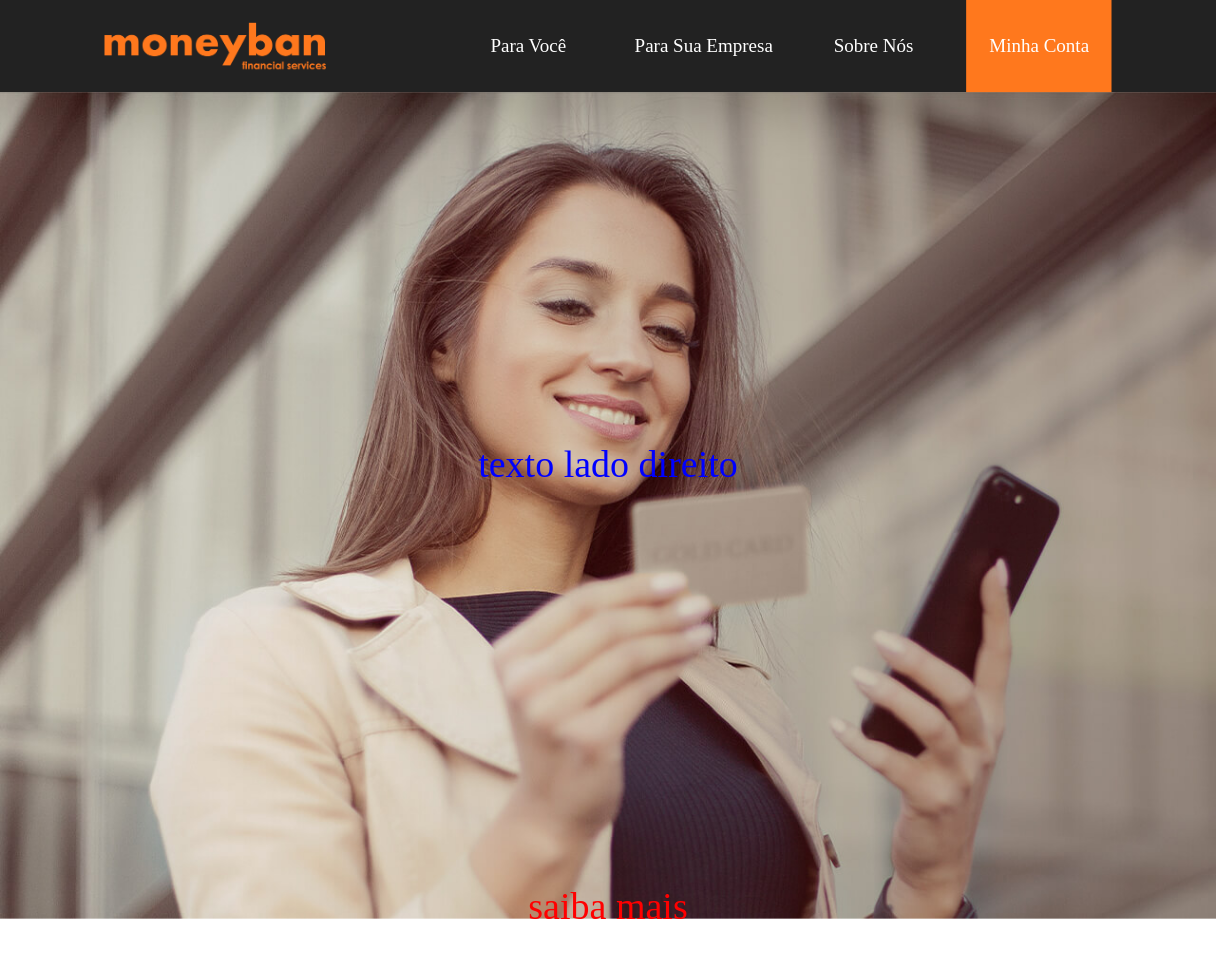
Repository: IvanCardoso91/moneyban
Page: index.html
An editor plug-in stored every save of this project. The page is shown before and after the next save, followed by the edit.
The browser window is 1280 px wide. The pictures show the whole page, at 95% of full size.
Some icons come from a web library that is not loaded, so they are not drawn. Some web fonts or font styles are not loaded; a fallback is used.

Above is the page before, as saved 2020-12-15 10:58:37.

### index.html
<!DOCTYPE html>
<html lang="en">

<head>
    <meta charset="UTF-8">
    <meta name="viewport" content="width=device-width, initial-scale=1.0">
    <link rel="stylesheet" href="./style/main-style.css" type="text/css">
    <link href="/Repositorios/site-moneyban/assets/fontawesome-free/css/all.css" rel="stylesheet">
    <title>Moneyban</title>
    <div class="menu-box">
        <div class="site-title">
            <img src="./assets/img/moneyban 3.png" alt="moneyban" width="233" height="49" />
        </div>
        <div class="menu-options">
            <div style="height: 100%; display: flex;align-items: center;">
                <button onclick="myFunction('personal')" class="menu-options-btn menu-options-text">Para Você <i class="fas fa-chevron-down"></i></button>
                <div style="position: absolute; margin-top: 335px;">
                    <div id="myDropdown" class="dropdown-content">
                        <a>Detran Parcelado</a>
                        <a>Credito Pessoal <span>(em breve)</span></a>
                        <a>Conta Digital <span>(em breve)</span></a>
                        <a>Cartão Internacional <span>(em breve)</span></a>
                        <a>Seguro de Celular <span>(em breve)</span></a>
                    </div>
                </div>
            </div>
            <div style="height: 100%; display: flex;align-items: center;">
                <button onclick="myFunction('enterprise')" class="menu-options-btn menu-options-text">Para Sua Empresa <i class="fas fa-chevron-down"></i></button>
                <div style="position: absolute; margin-top: 295px;">
                    <div id="enterpriseDropdown" class="dropdown-content" style="margin-left: 18px;">
                        <a>Detran Parcelado Frota</a>
                        <a>Capital de Giro <span>(em breve)</span></a>
                        <a>Conta Digital <span>(em breve)</span></a>
                        <a>Cartão Internacional <span>(em breve)</span></a>
                    </div>
                </div>
            </div>
            <div style="height: 100%; display: flex;align-items: center;">
                <span class="menu-options-text"><a>Sobre Nós</a></span>
            </div>
            <div class="menu-options-my-account"><a>Minha Conta</a></div>
        </div>
    </div>
</head>

<body>
    <div class="box-img1">
        <div class="right-side-text">
            texto lado direito
        </div>
        <div class="center-know-more">
            saiba mais
        </div>
    </div>





    <script type="text/javascript" src="./script/main-index.js"></script>
</body>

</html>

### style/main-style.css
@font-face {
    font-family: 'Century Gothic';
    src: url('/Repositorios/site-moneyban/assets/fonts/Century_Gothic.ttf')
}

body {
    margin: 0px;
}

a {
    cursor: pointer;
}


/* MENU HEADER */

.menu-box {
    background-color: #222222;
    width: 100%;
    display: flex;
    flex-direction: row;
    justify-content: space-evenly;
    height: 97px;
}

.site-title {
    display: flex;
    align-items: center;
}

.title-text {
    color: #FF781D;
    font-family: 'Century Gothic';
    font-weight: bold;
}

.subtitle-text {
    color: #FF781D;
    font-family: 'Century Gothic';
}

.menu-options {
    display: flex;
    align-items: center;
    justify-content: flex-end;
}

.menu-options-text {
    color: #FFFFFF;
    font-size: 20px;
    font-family: 'Century Gothic';
    margin-left: 56px;
    background-color: #0000;
    border-color: #0000;
    cursor: pointer;
}

.menu-options-text:focus {
    outline: 0;
}

.menu-options-my-account {
    background-color: #FF781D;
    color: #FFFFFF;
    font-size: 20px;
    font-family: 'Century Gothic';
    margin-left: 56px;
    height: 100%;
    display: flex;
    align-items: center;
    padding: 0px 24px;
}

.fa-chevron-down {
    color: #FF781D;
    pointer-events: none;
}


/* FIM DO MENU HEADER */


/* DROPDOWN */

.dropdown {
    position: relative;
    display: inline-block;
}

.dropdown-content {
    display: none;
    font-size: 14px;
    font-family: 'Century Gothic';
    background-color: #222222B3;
    cursor: pointer;
    opacity: 1;
    border: 2px solid transparent;
    border-top-color: #FF781D;
    transition: all 2s ease-in-out;
}

.dropdown-content a {
    color: #FFFFFF !important
}

.dropdown-content span {
    color: #FF781D !important;
    font-size: 10px
}

.dropdown-content a {
    color: black;
    padding: 12px 16px;
    text-decoration: none;
    display: block;
}

.dropdown a:hover {
    background-color: #ddd;
}

.show {
    display: flex;
    flex-direction: column;
    align-content: flex-start;
    width: 292px;
    padding: 15px;
}


/* FIM DO DROPDOWN */

.box-img1 {
    height: 870px;
    background-image: url('/Repositorios/site-moneyban/assets/img/bg-home-parcelar-documentos-carro-moto.jpg');
}

.right-side-text {
    font-size: 40px;
    color: blue;
    height: 90%;
    display: flex;
    justify-content: space-evenly;
    align-items: center;
}

.center-know-more {
    display: flex;
    justify-content: center;
    align-items: center;
    font-size: 40px;
    color: red;
    height: 17%;
}

### script/main-index.js
function myFunction(option) {
    if (option === 'personal') {
        document.getElementById("myDropdown").classList.toggle("show");
        document.getElementById("enterpriseDropdown").classList.remove("show")
    } else {
        document.getElementById("enterpriseDropdown").classList.toggle("show");
        document.getElementById("myDropdown").classList.remove("show");
    }

}

// Close the dropdown if the user clicks outside of it
window.onclick = function(event) {
    if (!event.target.matches('.menu-options-btn')) {
        var dropdowns = document.getElementsByClassName("dropdown-content");
        var i;
        for (i = 0; i < dropdowns.length; i++) {
            var openDropdown = dropdowns[i];
            if (openDropdown.classList.contains('show')) {
                openDropdown.classList.remove('show');
            }
        }
    }
}

// NAO ESQUECER DE ADICIONAR O MÉTODO POST
{
    /* <form method="post" action="https://consulta.moneyban.com.br/licenciamento.php" name="form">
    	<input type="text" placeholder="Nome Completo" name="cnome">
    	<input type="email" placeholder="E-mail" name="cemail">
    	<input type="tel" placeholder="Telefone" name="cphone">
    	<input type="text" placeholder="Renavam" id="renavam" name="crenavam" maxlength="11">
    	<input type="hidden" name="cparceiro" value="">
    	<input type="hidden" name="cuf" value="PR">
    	<button type="submit" >Consultar Grátis</button>
    </form> */
}

After the next save:
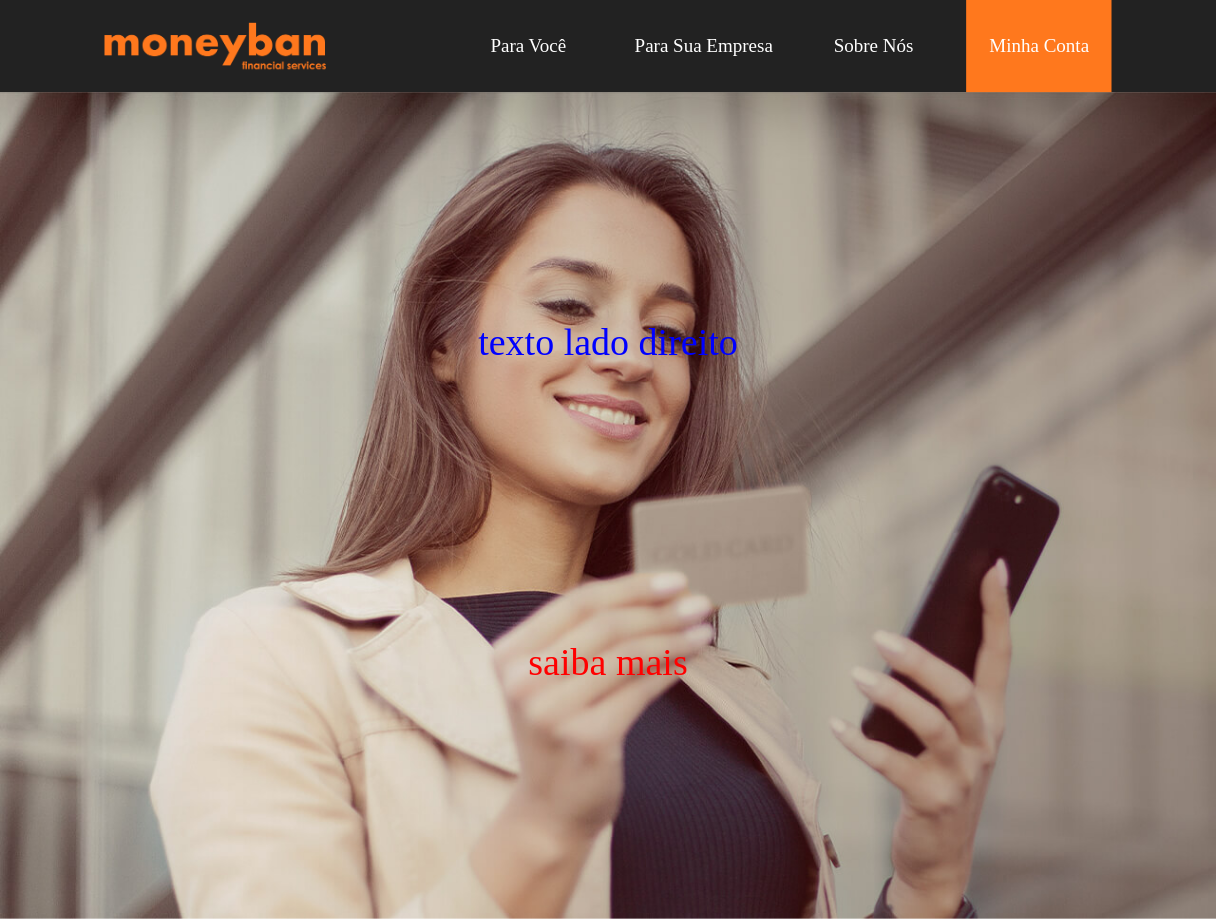
Saved 2 h 52 min later.
--- a/style/main-style.css
+++ b/style/main-style.css
@@ -138,9 +138,9 @@ a {
 .right-side-text {
     font-size: 40px;
     color: blue;
-    height: 90%;
+    height: 526px;
     display: flex;
-    justify-content: space-evenly;
+    justify-content: center;
     align-items: center;
 }
 
